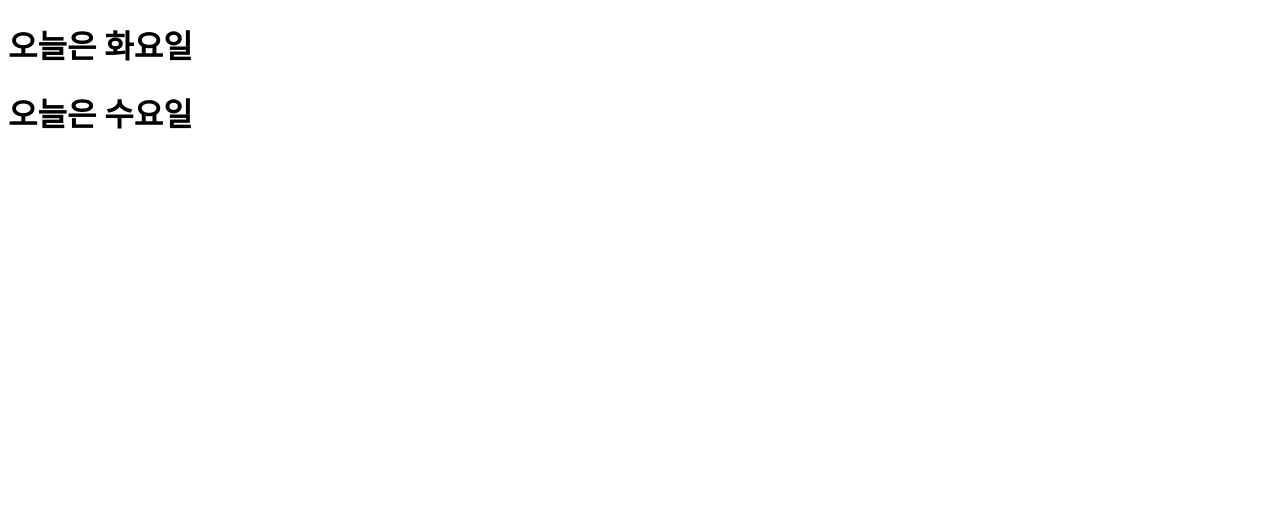
Repository: Shinhan1/shinhan
Page: http://localhost/web_goott/w20200324/jQueryEx07.jsp
These files come from the project's save history. The page is drawn as it stood at one moment and after the next save; the edit follows.
The browser window is 1280 px wide. The pictures show the whole page.
The page is served by Tomcat 9.

Above is the page before, as saved 2020-03-24 01:07:30.

After the next save:
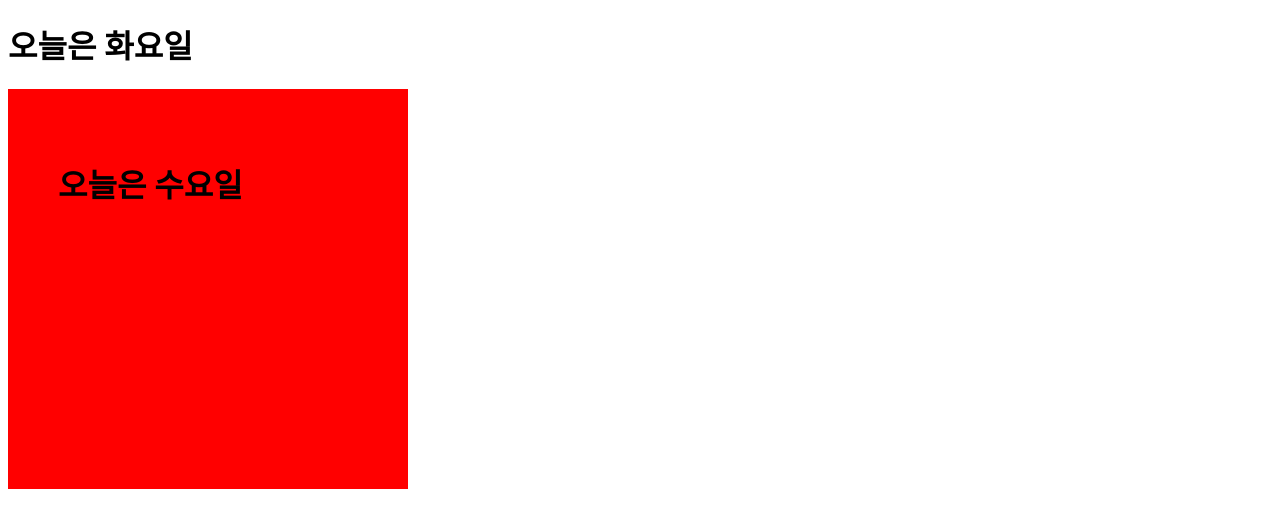
Saved 22 s later.
--- a/web_goott/WebContent/w20200324/jQueryEx07.jsp
+++ b/web_goott/WebContent/w20200324/jQueryEx07.jsp
@@ -5,7 +5,15 @@
 <head>
 <meta charset="UTF-8">
 <title>jQueryEx07.jsp</title>
+<style type="text/css">
+	#div2 {
+		width: 300px;
+		height: 300px;
+		background: red;
+		padding: 50px;
 
+	}
+</style>
 <script src="https://ajax.googleapis.com/ajax/libs/jquery/3.4.1/jquery.min.js"></script>
 <script type="text/javascript">
 
